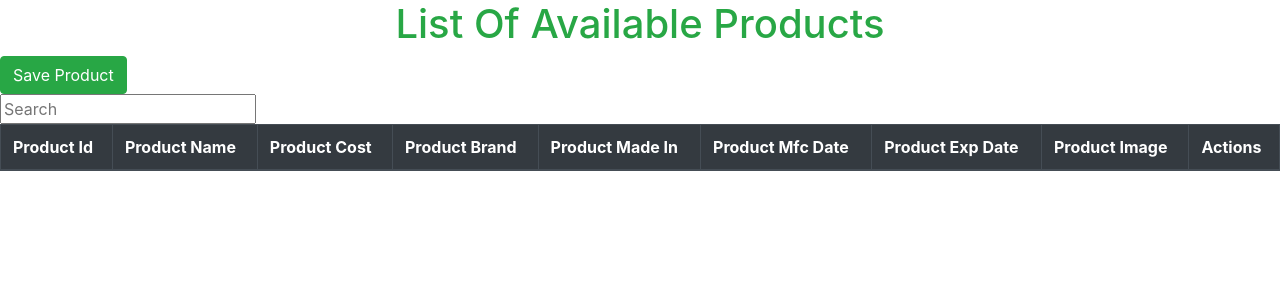
Repository: ShailajaMakkala/AdvJavaPrograms
Page: http://localhost/ProductManagementApp1/productList.jsp
These files come from the project's save history. The page is drawn as it stood at one moment and after the next save; the edit follows.
The browser window is 1280 px wide. The pictures show the whole page.
The page is served by Tomcat 9. Queries for data that is not in the repository find no rows.

Above is the page before, as saved 2024-03-12 09:23:28.

After the next save:
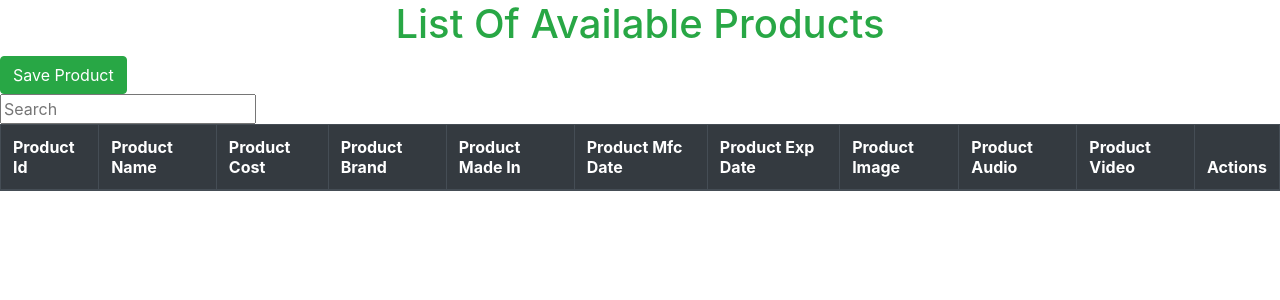
Saved 43 s later.
--- a/ProductManagementApp1/src/main/webapp/productList.jsp
+++ b/ProductManagementApp1/src/main/webapp/productList.jsp
@@ -49,6 +49,9 @@
 		<th>Product Mfc Date</th>
 		<th>Product Exp Date</th>
 		<th>Product Image</th>
+		<th>Product Audio</th>
+		<th>Product Video</th>
+
 		<th> Actions</th>
 	</tr>
 </thead>
